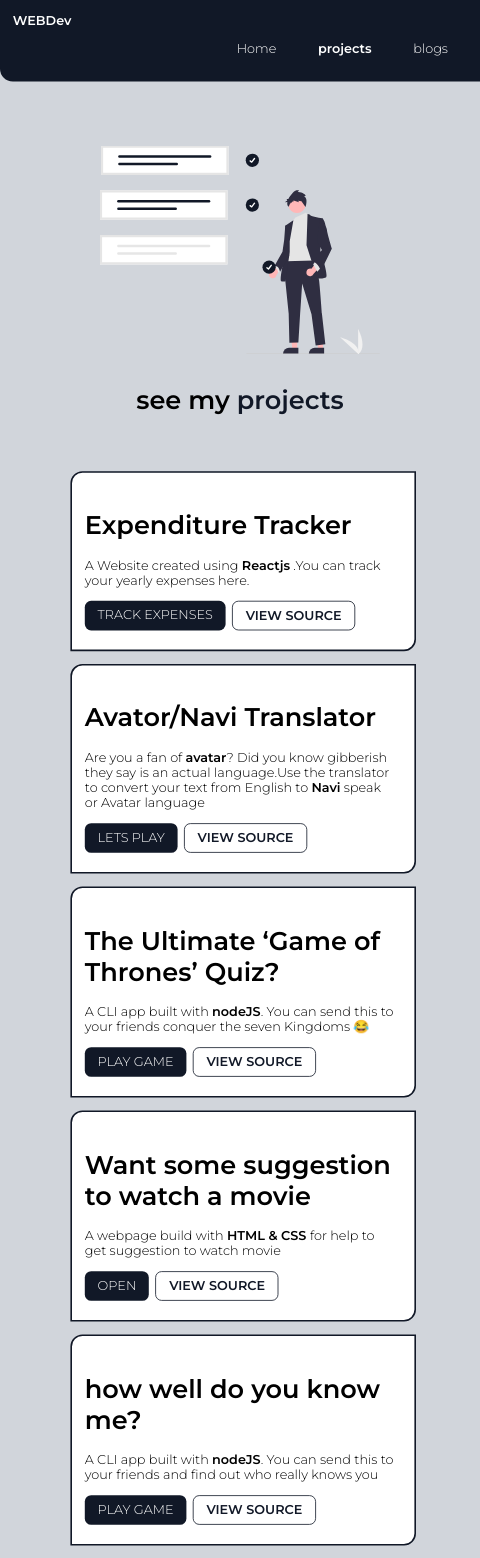
Repository: sohan2503001/Portfolio
Page: projects.html
The author's editor kept a copy of each file at every save. The page is drawn from the files as they stood at one save, then again after the next save.
The browser window is 600 px wide. The pictures show the whole page, at 80% of full size.

Above is the page before, as saved 2021-05-26 12:20:09.

After the next save:
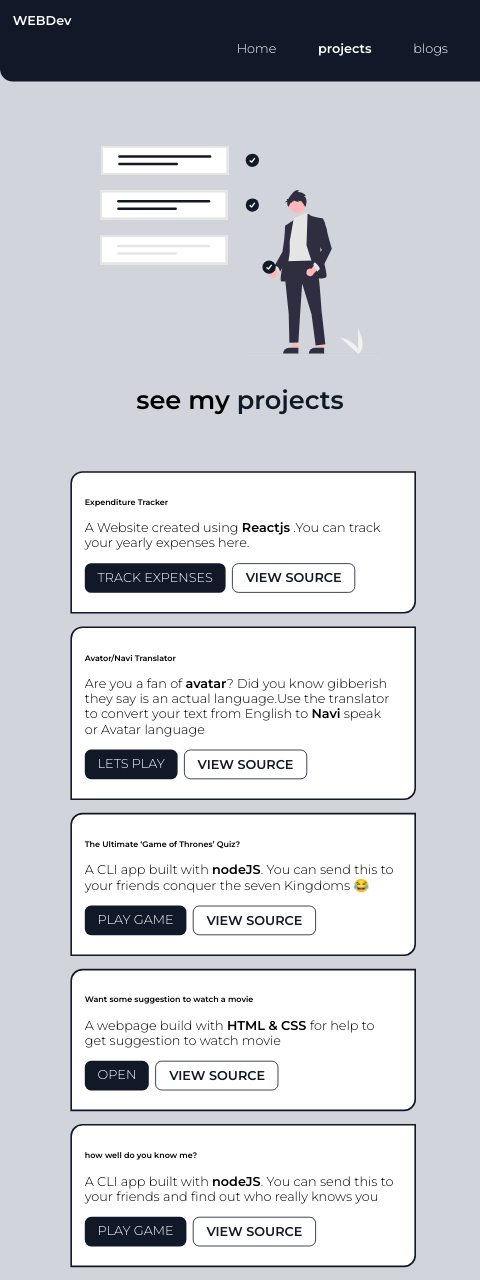
Saved 5 s later.
--- a/style.css
+++ b/style.css
@@ -180,7 +180,7 @@ hr{
     }
 
     .pro-title{
-        font-size: 200;
+        font-size: 10px;
     }
 
 
